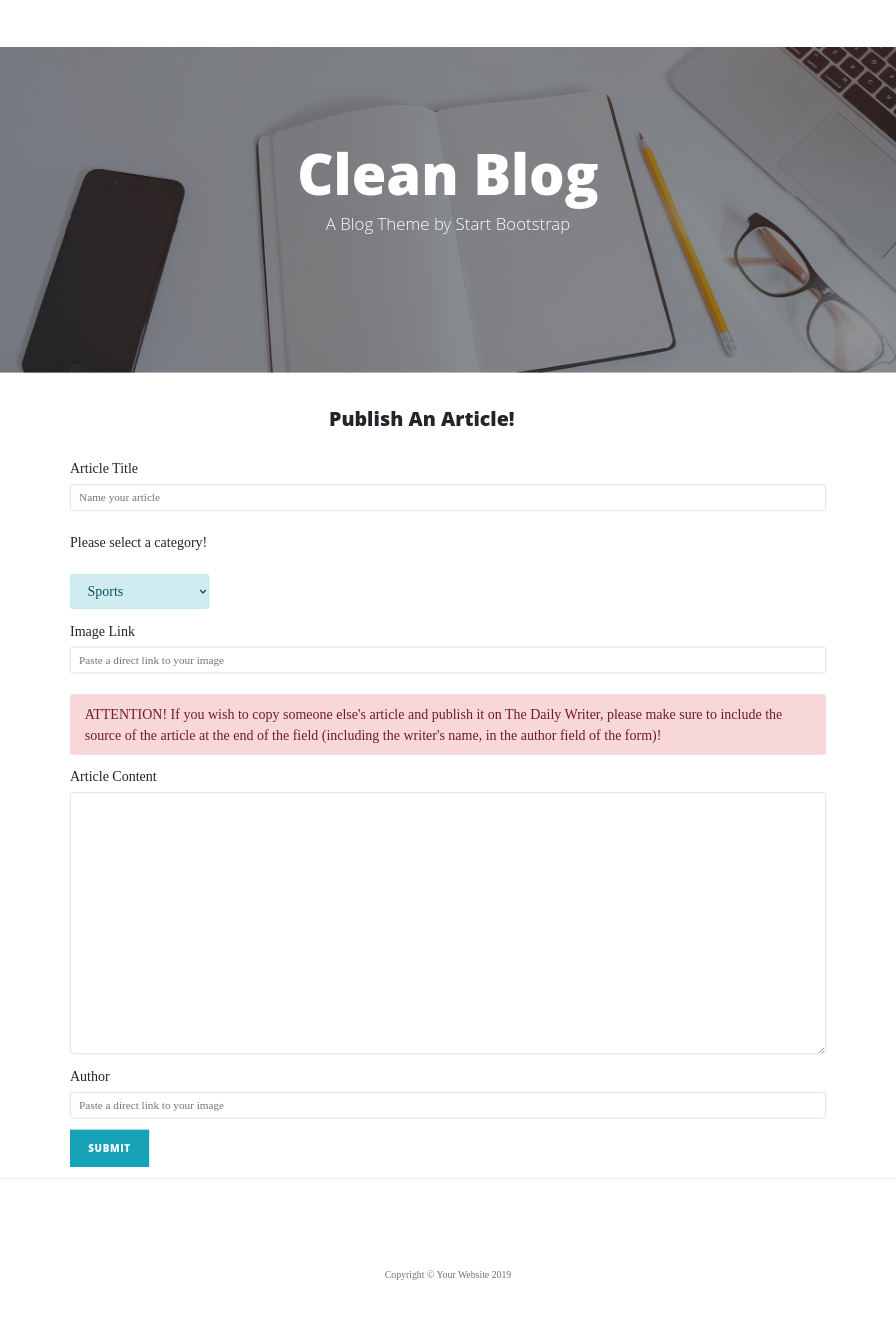
Repository: Vesss/Blog-Project
Page: http://localhost/post
The author's editor kept a record of every edit. The page is drawn from the files as they stood at one moment, then again after the next edit.
The browser window is 1280 px wide. The pictures show the whole page, at 70% of full size.
The page is served by the project's application, run on Flask 3 (app.py).

Above is the page before.

After the next edit:
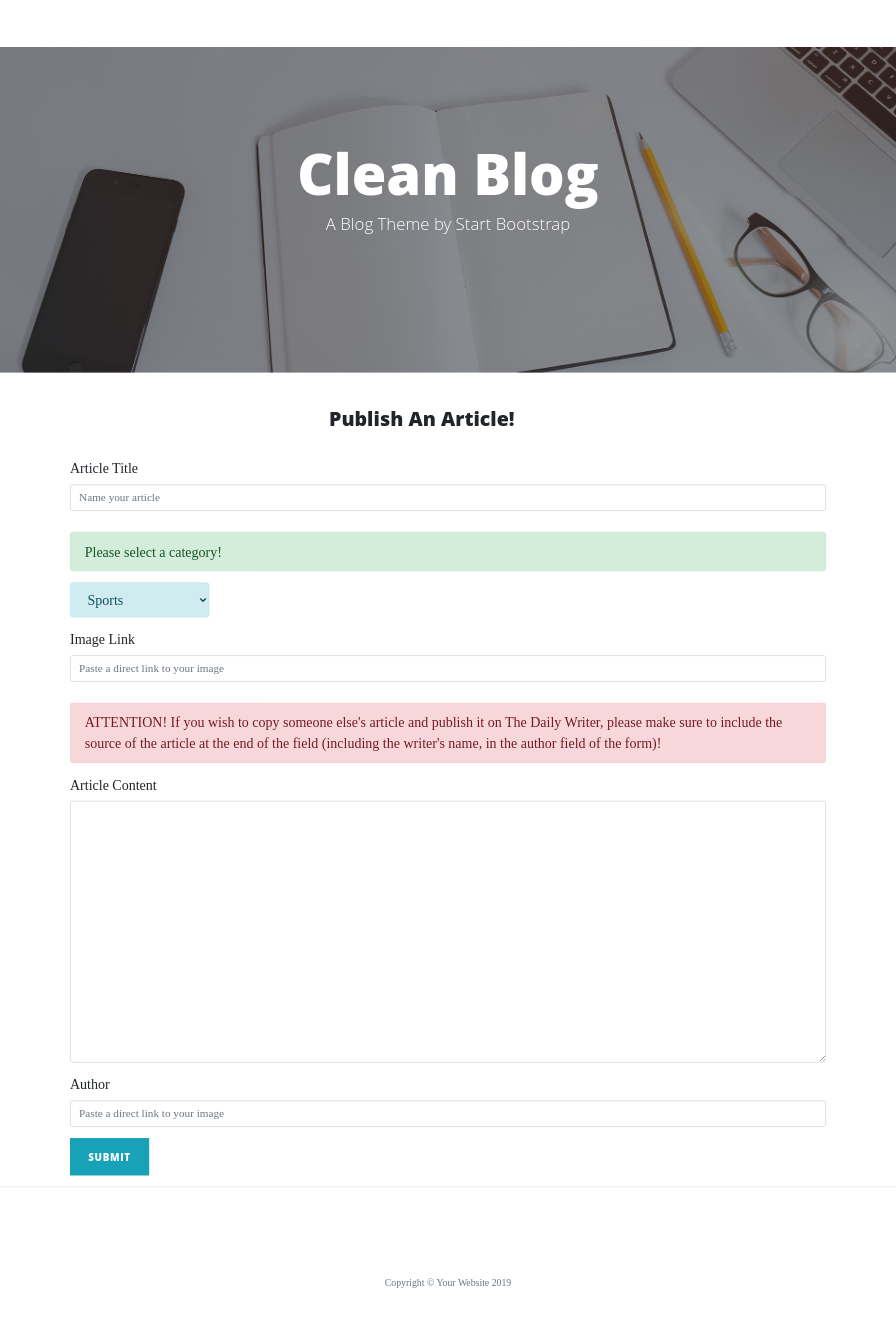
The edit:
--- a/templates/post.html
+++ b/templates/post.html
@@ -16,7 +16,7 @@
                 <input type="text" class="form-control" placeholder="Name your article" name="title" required>
             </div>
 
-            <p>Please select a category!</p>
+            <p class="alert alert-success">Please select a category!</p>
 
             <select name="category" class="alert alert-info">
                 <option class="dropdown-item" disabled>Select a category</option>
